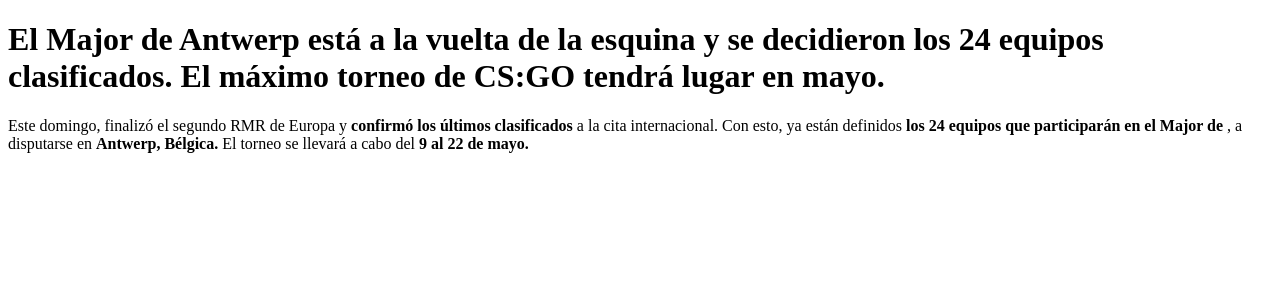
Repository: Larrowo/LPPA
Page: Clase 3/index.html
The author's editor kept a copy of each file at every save. The page is drawn from the files as they stood at one save, then again after the next save.
The browser window is 1280 px wide. The pictures show the whole page.

Above is the page before, as saved 2022-04-26 13:40:57.

### Clase 3/index.html
<!DOCTYPE html>
<html lang="en">
  <head>
    <meta charset="UTF-8" />
    <meta http-equiv="X-UA-Compatible" content="IE=edge" />
    <meta name="viewport" content="width=device-width, initial-scale=1.0" />
    <title>Document</title>
  </head>

  <body>
    <main class="container">
      <div class="topPartNoticia">
        <div class="titulo">
          <h1>
            <strong
              >El Major de Antwerp está a la vuelta de la esquina y se
              decidieron los 24 equipos clasificados. El máximo torneo de CS:GO
              tendrá lugar en mayo.</strong
            >
          </h1>
        </div>
      </div>
      <div class="cuerpoNoticia">
        <p>
          Este domingo, finalizó el segundo RMR de Europa y
          <strong>confirmó los últimos clasificados</strong> a la cita
          internacional. Con esto, ya están definidos
          <strong
            >los 24 equipos que participarán en el Major de
            <a
              href="https://codigoesports.com/juegos/counter-strike-global-offensive/"
            ></a></strong
          >, a disputarse en <strong>Antwerp, Bélgica.</strong> El torneo se
          llevará a cabo del <strong>9 al 22 de mayo.</strong>
        </p>
      </div>
    </main>
  </body>
</html>

After the next save:
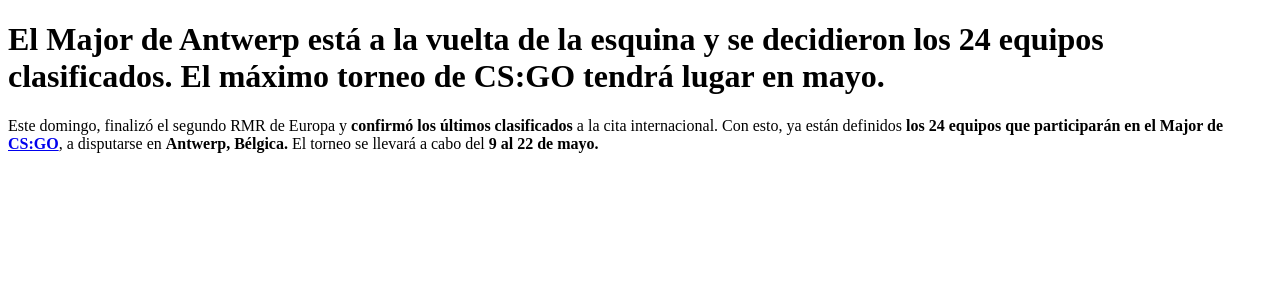
Saved 21 s later.
--- a/Clase 3/index.html
+++ b/Clase 3/index.html
@@ -29,7 +29,8 @@
             >los 24 equipos que participarán en el Major de
             <a
               href="https://codigoesports.com/juegos/counter-strike-global-offensive/"
-            ></a></strong
+              >CS:GO</a
+            ></strong
           >, a disputarse en <strong>Antwerp, Bélgica.</strong> El torneo se
           llevará a cabo del <strong>9 al 22 de mayo.</strong>
         </p>
